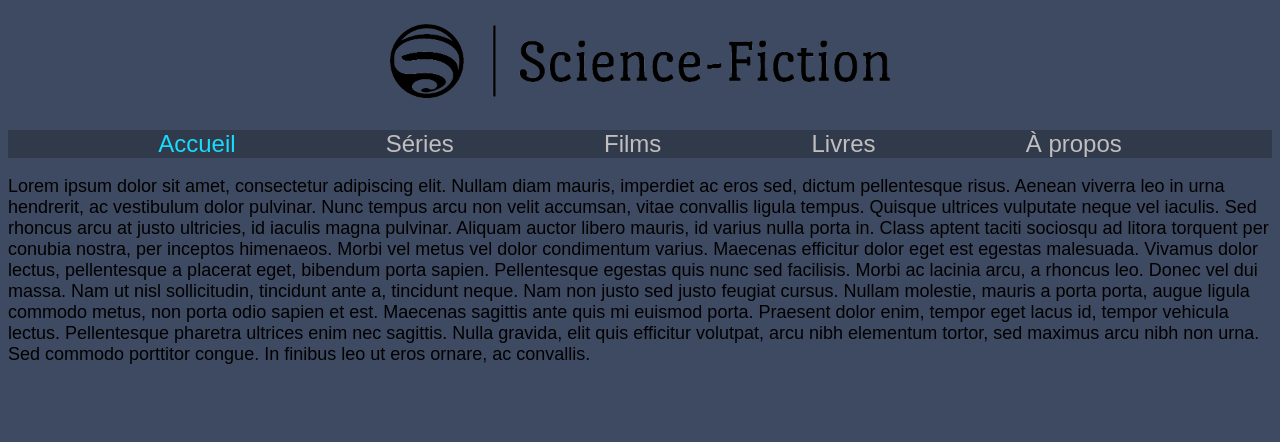
Repository: Emalios/Projet-Web
Page: index.html
An editor plug-in stored every save of this project. The page is shown before and after the next save, followed by the edit.
The browser window is 1280 px wide. The pictures show the whole page.

Above is the page before, as saved 2020-11-11 17:51:10.

After the next save:
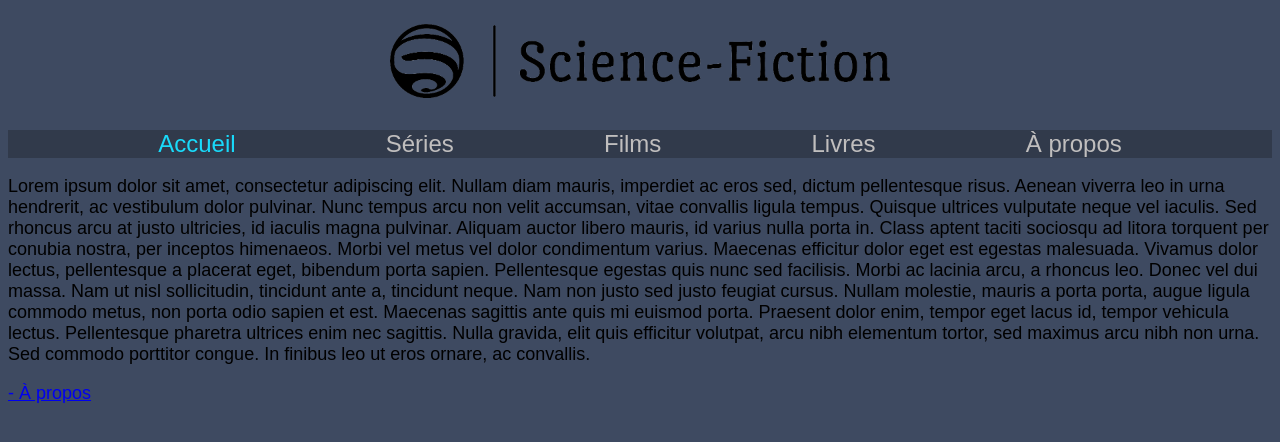
Saved 39 s later.
--- a/index.html
+++ b/index.html
@@ -30,6 +30,7 @@
       enim
       nec sagittis. Nulla gravida, elit quis efficitur volutpat, arcu nibh elementum tortor, sed maximus arcu nibh non urna. Sed commodo porttitor congue. In finibus leo ut eros ornare, ac convallis.</p>
   </main>
+  <footer><a href="html/a-propos.html">- À propos</a></footer>
 </body>
 
 
